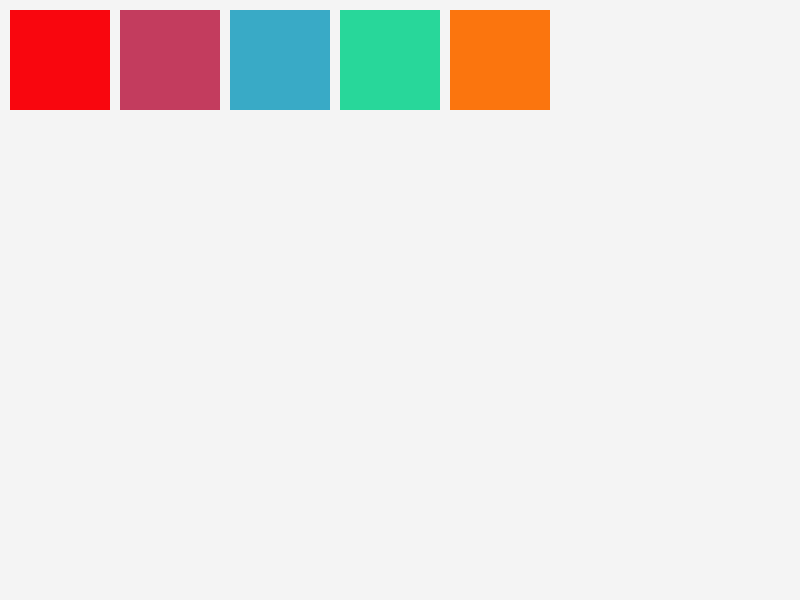
Repository: AlanVidalll/Curso-Java-Completo
Program's window: java exercicios-javafx/src/layout/AppLayout.java
An editor plug-in stored every save of this project. The program's window is shown before and after the next save, followed by the edit.
It runs on Java 21 on a 1366 x 768 screen with JavaFX 11; the title bar is not drawn.

Above is the program's window before, as saved 2020-04-11 13:32:06.

### exercicios-javafx/src/layout/AppLayout.java
package layout;

import javafx.application.Application;
import javafx.scene.Parent;
import javafx.scene.Scene;
import javafx.stage.Stage;

public class AppLayout extends Application {

	@Override
	public void start(Stage primaryStage) throws Exception {
		Parent raiz = null;

		raiz = new TesteAnchorPane();
		raiz = new TesteBorderPane();
		raiz = new TesteFlowPane();

		//Scene principal = new Scene(new TesteAnchorPane(),800,600);
		Scene principal = new Scene(raiz,800,600);

		primaryStage.setScene(principal);
		primaryStage.setTitle("Gerenciadores de Layout");
		primaryStage.show();
	}

	public static void main(String[] args) {
		launch(args);
	}

}

### exercicios-javafx/src/layout/TesteFlowPane.java
package layout;

import javafx.geometry.Insets;
import javafx.scene.layout.FlowPane;

public class TesteFlowPane extends FlowPane {


	public TesteFlowPane() {

		Quadrado q1 = new Quadrado();
		Quadrado q2 = new Quadrado();
		Quadrado q3 = new Quadrado();
		Quadrado q4 = new Quadrado();
		Quadrado q5 = new Quadrado();

		setHgap(10.0);
		setVgap(10.0);
		setPadding(new Insets(10));

		getChildren().addAll(q1,q2,q3,q4,q5);



	}

}

### exercicios-javafx/src/layout/TesteAnchorPane.java
package layout;

import javafx.geometry.Pos;
import javafx.scene.layout.AnchorPane;
import javafx.scene.layout.HBox;

public class TesteAnchorPane extends AnchorPane {

	public TesteAnchorPane() {

		Quadrado q1 = new Quadrado();
		setTopAnchor(q1, 10.0);
		setLeftAnchor(q1, 10.0);

		Quadrado q2 = new Quadrado();
		setTopAnchor(q2, 10.0);
		setRightAnchor(q2, 10.0);

		Quadrado q3 = new Quadrado();
		setBottomAnchor(q3, 10.0);
		setLeftAnchor(q3, 10.0);

		Quadrado q4 = new Quadrado();
		setBottomAnchor(q4, 10.0);
		setRightAnchor(q4, 10.0);


		HBox centro = new HBox();
		centro.setAlignment(Pos.CENTER);
		setTopAnchor(centro, 110.0);
		setBottomAnchor(centro, 110.0);
		setLeftAnchor(centro, 110.0);
		setRightAnchor(centro, 110.0);

		Quadrado q5 = new Quadrado();
		centro.getChildren().add(q5);

		getChildren().addAll(q1,q2,q3,q4,centro);
	}


}

### exercicios-javafx/src/layout/Quadrado.java
package layout;

import javafx.scene.paint.Color;
import javafx.scene.shape.Rectangle;

public class Quadrado extends Rectangle {

	private static int i = 0;

	private String[] cores = {
			"c33c5e", "39aac6",
			"28d79a", "fb750e",
			"6657a8", "f9060e"

	};

	public Quadrado() {
		this(100, 100);
	}

	public Quadrado(int largura, int altura) {

		setWidth(largura);
		setHeight(altura);

		setFill(Color.web(cores[i]));
		;
		i++;
		if (i == 6)
			i = 0;
	}

}

### exercicios-javafx/src/layout/TesteBorderPane.java
package layout;

import javafx.scene.layout.BorderPane;

public class TesteBorderPane extends BorderPane {

	public TesteBorderPane () {


		Caixa c1 = new Caixa().comTexto("Topo");
		setTop(c1);
		Caixa c2 = new Caixa().comTexto("Esquerda");
		setLeft(c2);
		Caixa c3 = new Caixa().comTexto("Direita");
		setRight(c3);
		Caixa c4 = new Caixa().comTexto("Fundo");
		setBottom(c4);
		Caixa c5 = new Caixa().comTexto("Centro");
		setCenter(c5);
	}
}

### exercicios-javafx/src/layout/Caixa.java
package layout;

import javafx.geometry.Insets;
import javafx.geometry.Pos;
import javafx.scene.control.Label;
import javafx.scene.layout.Background;
import javafx.scene.layout.BackgroundFill;
import javafx.scene.layout.CornerRadii;
import javafx.scene.layout.HBox;
import javafx.scene.paint.Color;
import javafx.scene.text.Font;

public class Caixa extends HBox {

	private static int i = 0;

	private String[] cores = { "c33c5e", "39aac6", "28d79a", "fb750e", "6657a8", "f9060e"

	};

	public Caixa() {
		this(100, 100);
	}

	public Caixa(int largura, int altura) {
		setAlignment(Pos.CENTER);
		setMinWidth(largura);
		setMinHeight(altura);

		BackgroundFill fill =
				new BackgroundFill(Color.web(cores[i]),
						CornerRadii.EMPTY, Insets.EMPTY);
		setBackground(new Background(fill));
		i++;
		if(i == 6) i= 0;
	}

	public Caixa comTexto(String texto) {
		Label label = new Label(texto);
		label.setFont(new Font(24));
		getChildren().add(label);
		return this;
	}

}

After the next save:
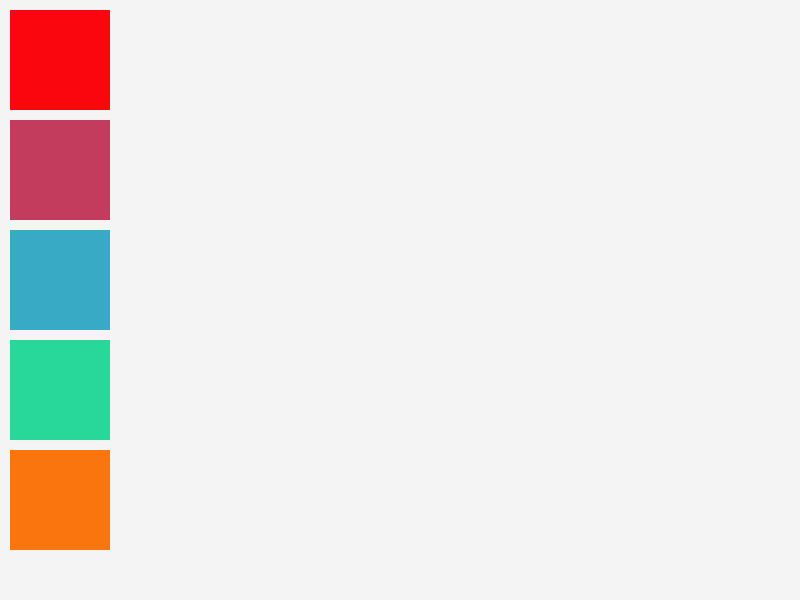
Saved 70 s later.
--- a/exercicios-javafx/src/layout/TesteFlowPane.java
+++ b/exercicios-javafx/src/layout/TesteFlowPane.java
@@ -1,6 +1,7 @@
 package layout;
 
 import javafx.geometry.Insets;
+import javafx.geometry.Orientation;
 import javafx.scene.layout.FlowPane;
 
 public class TesteFlowPane extends FlowPane {
@@ -18,6 +19,8 @@
 		setVgap(10.0);
 		setPadding(new Insets(10));
 
+		setOrientation(Orientation.VERTICAL);
+
 		getChildren().addAll(q1,q2,q3,q4,q5);
 
 
